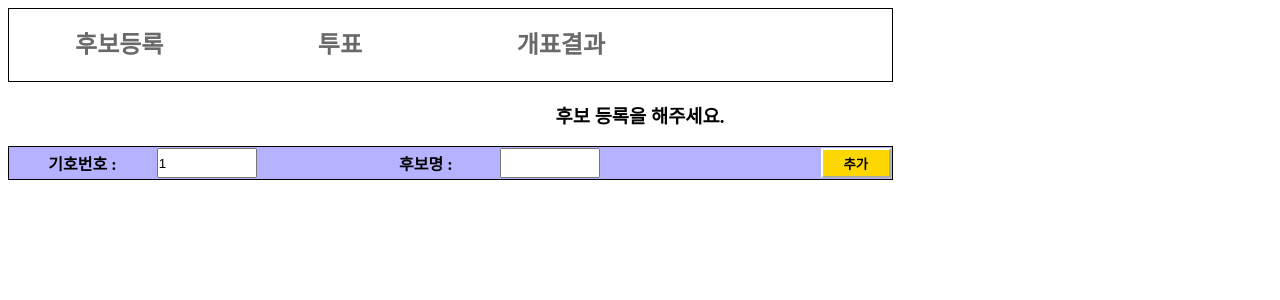
Repository: noheul1030/KOPO-HTML
Page: http://localhost/Tupyo/Tupyo/A_01.jsp
The author's editor kept a copy of each file at every save. The page is drawn from the files as they stood at one save, then again after the next save.
The browser window is 1280 px wide. The pictures show the whole page.
The page is served by Tomcat 9. Queries for data that is not in the repository find no rows.

Above is the page before, as saved 2023-06-03 15:39:23.

After the next save:
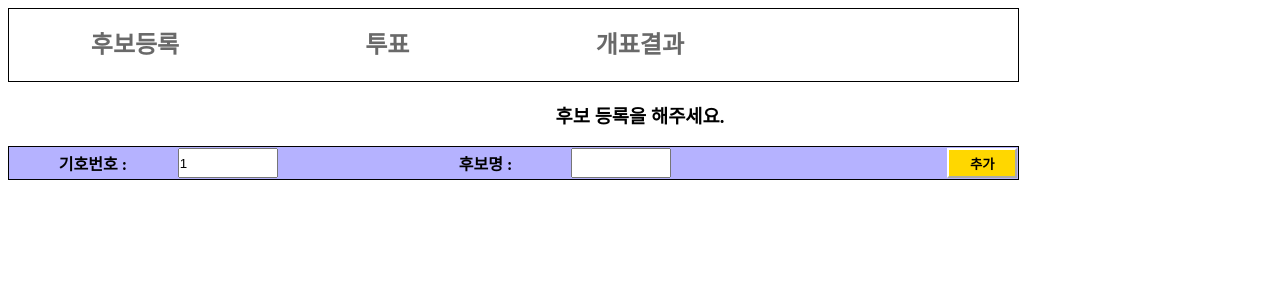
Saved 10 s later.
--- a/Tupyo/src/main/webapp/Tupyo/A_01.jsp
+++ b/Tupyo/src/main/webapp/Tupyo/A_01.jsp
@@ -9,7 +9,7 @@
 <html>
     <head>
     	<style>
-    		table {text-align: center; border: 1px solid black; width: 70%; border-collapse: collapse;}
+    		table {text-align: center; border: 1px solid black; width: 80%; border-collapse: collapse;}
     		a {text-decoration-line: none;  color: #696969;}
     		h2 {margin-top: 15px; text-align: center;}
     		.fourth {
